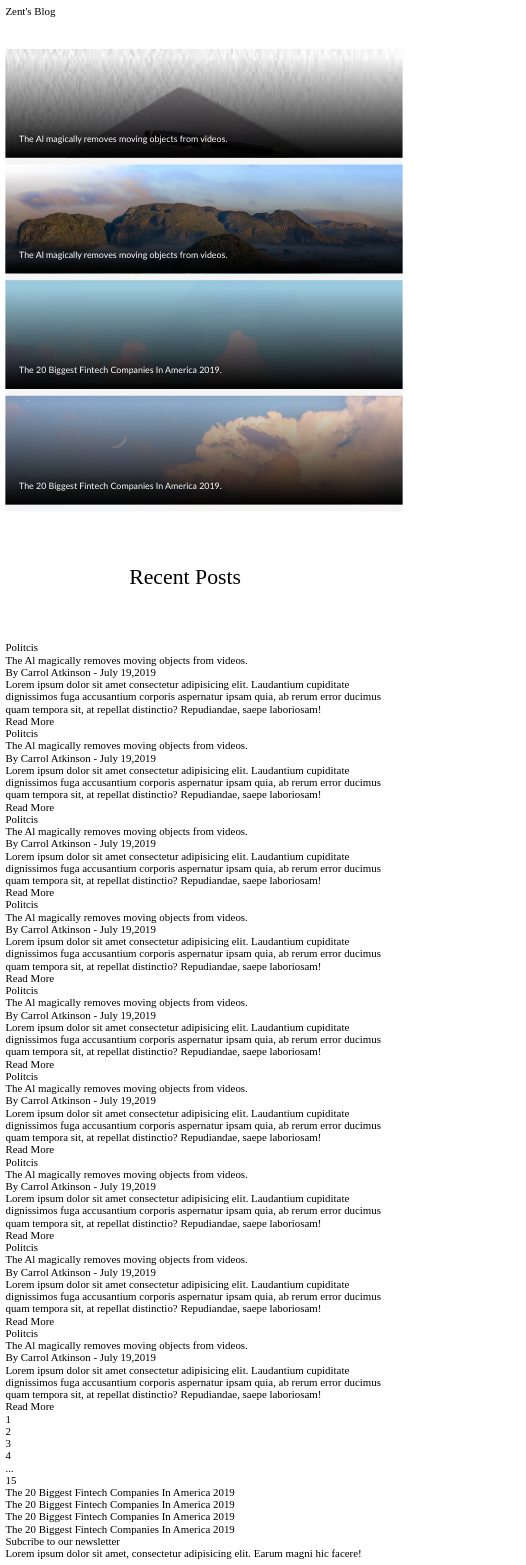
Repository: giacatdat2k5/html3
Page: html3.vs/7.1.html
An editor plug-in stored every save of this project. The page is shown before and after the next save, followed by the edit.
The browser window is 600 px wide. The page is 774 px wide, so the pictures cover 774 px, including what lies to the right of the window. The pictures show the whole page, at 68% of full size.

Above is the page before, as saved 2023-09-27 21:14:01.

### html3.vs/7.1.html
<!DOCTYPE html>
<html lang="en">
<head>
    <meta charset="UTF-8">
    <meta name="viewport" content="width=device-width, initial-scale=1.0">
    <title>7.2</title>
    <link rel="stylesheet" type="text/css" href="7.1.css">
    <link rel="stylesheet" href="https://cdnjs.cloudflare.com/ajax/libs/font-awesome/6.4.2/css/all.min.css"/>
</head>
<body>
    <div id="header">
        <div class="logo">Zent's Blog </div>
        <div class="menu">
            <div class="items">Home</div>
            <div class="items">Politcis</div>
            <div class="items">Tech</div>
            <div class="items">Entertaiment</div>
            <div class="items">Travels</div>
            <div class="items">Sports</div>
            <div class="search"><i class="fa-solid fa-magnifying-glass"></i></div>
        </div>
    </div>
    <div id="content">
        <div class="left">
            <div class="imageleft">
                <div class="iamge1">
                    <div class="edit">The Al magically removes moving objects from videos.</div>
                </div>
                <div class="iamge2">
                    <div class="edit">The Al magically removes moving objects from videos.</div>
                </div>
            </div>
        </div>
        <div class="center">
            <div class="imagecenter">
                <div class="iamge3">
                    <div class="edit">The Al magically removes moving objects from videos.</div>
                </div>
            </div>
        </div>
        <div class="right">
            <div class="iamgeright">
                <div class="iamge4">
                    <div class="edit">
                        The 20 Biggest Fintech Companies In
                        America 2019.</div>
                </div>
                <div class="iamge5">
                    <div class="edit">
                        The 20 Biggest Fintech Companies In
                        America 2019.</div>
                </div>
            </div>
        </div>
    </div>
    <div id="header2">Recent Posts</div>
    <div id="content2">
        <div class="centercontent2">
            <div class="ccitems">
                <div class="picture"></div>
                <div class="tag">
                    <div class="tagitem">Politcis</div>
                </div>
                <div class="text">The Al magically removes moving objects from videos.</div>
                <div class="author">
                <div class="avt"></div>
                <div class="name">
                    <span class="c">By</span>
                    Carrol Atkinson
                    <span class="c">- July 19,2019</span>
                </div>
                </div>
                <div class="lorem">Lorem ipsum dolor sit amet consectetur adipisicing elit. Laudantium cupiditate dignissimos fuga accusantium corporis aspernatur ipsam quia, ab rerum error ducimus quam tempora sit, at repellat distinctio? Repudiandae, saepe laboriosam!</div>
                <div class="read"> Read More</div>
            </div>
            <div class="ccitems"><div class="picture"></div>
            <div class="tag">
                <div class="tagitem">Politcis</div>
            </div>
            <div class="text">The Al magically removes moving objects from videos.</div>
            <div class="author">
            <div class="avt"></div>
            <div class="name">
                <span class="c">By</span>
                Carrol Atkinson
                <span class="c">- July 19,2019</span>
            </div>
            </div>
            <div class="lorem">Lorem ipsum dolor sit amet consectetur adipisicing elit. Laudantium cupiditate dignissimos fuga accusantium corporis aspernatur ipsam quia, ab rerum error ducimus quam tempora sit, at repellat distinctio? Repudiandae, saepe laboriosam!</div>
            <div class="read"> Read More</div></div>
            <div class="ccitems"><div class="picture"></div>
            <div class="tag">
                <div class="tagitem">Politcis</div>
            </div>
            <div class="text">The Al magically removes moving objects from videos.</div>
            <div class="author">
            <div class="avt"></div>
            <div class="name">
                <span class="c">By</span>
                Carrol Atkinson
                <span class="c">- July 19,2019</span>
            </div>
            </div>
            <div class="lorem">Lorem ipsum dolor sit amet consectetur adipisicing elit. Laudantium cupiditate dignissimos fuga accusantium corporis aspernatur ipsam quia, ab rerum error ducimus quam tempora sit, at repellat distinctio? Repudiandae, saepe laboriosam!</div>
            <div class="read"> Read More</div></div>
            <div class="ccitems"><div class="picture"></div>
            <div class="tag">
                <div class="tagitem">Politcis</div>
            </div>
            <div class="text">The Al magically removes moving objects from videos.</div>
            <div class="author">
            <div class="avt"></div>
            <div class="name">
                <span class="c">By</span>
                Carrol Atkinson
                <span class="c">- July 19,2019</span>
            </div>
            </div>
            <div class="lorem">Lorem ipsum dolor sit amet consectetur adipisicing elit. Laudantium cupiditate dignissimos fuga accusantium corporis aspernatur ipsam quia, ab rerum error ducimus quam tempora sit, at repellat distinctio? Repudiandae, saepe laboriosam!</div>
            <div class="read"> Read More</div></div>
            <div class="ccitems"><div class="picture"></div>
            <div class="tag">
                <div class="tagitem">Politcis</div>
            </div>
            <div class="text">The Al magically removes moving objects from videos.</div>
            <div class="author">
            <div class="avt"></div>
            <div class="name">
                <span class="c">By</span>
                Carrol Atkinson
                <span class="c">- July 19,2019</span>
            </div>
            </div>
            <div class="lorem">Lorem ipsum dolor sit amet consectetur adipisicing elit. Laudantium cupiditate dignissimos fuga accusantium corporis aspernatur ipsam quia, ab rerum error ducimus quam tempora sit, at repellat distinctio? Repudiandae, saepe laboriosam!</div>
            <div class="read"> Read More</div></div>
            <div class="ccitems"><div class="picture"></div>
            <div class="tag">
                <div class="tagitem">Politcis</div>
            </div>
            <div class="text">The Al magically removes moving objects from videos.</div>
            <div class="author">
            <div class="avt"></div>
            <div class="name">
                <span class="c">By</span>
                Carrol Atkinson
                <span class="c">- July 19,2019</span>
            </div>
            </div>
            <div class="lorem">Lorem ipsum dolor sit amet consectetur adipisicing elit. Laudantium cupiditate dignissimos fuga accusantium corporis aspernatur ipsam quia, ab rerum error ducimus quam tempora sit, at repellat distinctio? Repudiandae, saepe laboriosam!</div>
            <div class="read"> Read More</div></div>
            <div class="ccitems"><div class="picture"></div>
            <div class="tag">
                <div class="tagitem">Politcis</div>
            </div>
            <div class="text">The Al magically removes moving objects from videos.</div>
            <div class="author">
            <div class="avt"></div>
            <div class="name">
                <span class="c">By</span>
                Carrol Atkinson
                <span class="c">- July 19,2019</span>
            </div>
            </div>
            <div class="lorem">Lorem ipsum dolor sit amet consectetur adipisicing elit. Laudantium cupiditate dignissimos fuga accusantium corporis aspernatur ipsam quia, ab rerum error ducimus quam tempora sit, at repellat distinctio? Repudiandae, saepe laboriosam!</div>
            <div class="read"> Read More</div></div>
            <div class="ccitems"><div class="picture"></div>
            <div class="tag">
                <div class="tagitem">Politcis</div>
            </div>
            <div class="text">The Al magically removes moving objects from videos.</div>
            <div class="author">
            <div class="avt"></div>
            <div class="name">
                <span class="c">By</span>
                Carrol Atkinson
                <span class="c">- July 19,2019</span>
            </div>
            </div>
            <div class="lorem">Lorem ipsum dolor sit amet consectetur adipisicing elit. Laudantium cupiditate dignissimos fuga accusantium corporis aspernatur ipsam quia, ab rerum error ducimus quam tempora sit, at repellat distinctio? Repudiandae, saepe laboriosam!</div>
            <div class="read"> Read More</div></div>
            <div class="ccitems"><div class="picture"></div>
            <div class="tag">
                <div class="tagitem">Politcis</div>
            </div>
            <div class="text">The Al magically removes moving objects from videos.</div>
            <div class="author">
            <div class="avt"></div>
            <div class="name">
                <span class="c">By</span>
                Carrol Atkinson
                <span class="c">- July 19,2019</span>
            </div>
            </div>
            <div class="lorem">Lorem ipsum dolor sit amet consectetur adipisicing elit. Laudantium cupiditate dignissimos fuga accusantium corporis aspernatur ipsam quia, ab rerum error ducimus quam tempora sit, at repellat distinctio? Repudiandae, saepe laboriosam!</div>
            <div class="read"> Read More</div></div>
            </div>
        </div>
    <div class="page">
        <div class="kofull">1</div>
        <div class="full">2</div>
        <div class="full">3</div>
        <div class="full">4</div>
        <div class="kofullfull">...</div>
        <div class="full">15</div>
    </div>
    <div class="content3">
        <div class="content3left">
            <div class="c3l1">
                <div class="c3l4">
                    <div class="edit2">
                        The 20 Biggest Fintech Companies In
                        America 2019
                    </div>
                </div>
            </div>
            <div class="c3l2">
                <div class="c3l3"> <div class="edit3">
                    The 20 Biggest Fintech Companies In
                    America 2019
                    </div></div>
                <div class="c3l3"> <div class="edit3">
                    The 20 Biggest Fintech Companies In
                    America 2019
                </div></div>
            </div>
        </div>
        <div class="content3right">
            <div class="c3r">
                <div class="edit4">
                    The 20 Biggest Fintech Companies In
                    America 2019
                </div>
        </div>
        </div>
    </div>
    <div class="footer">
        <div class="ft1">Subcribe to our newsletter</div>
        <div class="ft2">Lorem ipsum dolor sit amet, consectetur adipisicing elit. Earum magni hic facere! </div>

    </div>
</body>
</html>

### html3.vs/7.1.css
@media all and (min-width: 992px){
*{
    margin:0;
    padding: 0;
    font-family:'Trebuchet MS', 'Lucida Sans Unicode', 'Lucida Grande', 'Lucida Sans', Arial, sans-serif;
}
#header{
    width: 100%;
    height: 3em;
    display: flex;
    justify-content: space-between;
}
.logo{
    font-size: 20px;
    width: 120px;
    text-align: center;
    padding: 10px;
    font-weight: bold;
    font-family:'Trebuchet MS', 'Lucida Sans Unicode', 'Lucida Grande', 'Lucida Sans', Arial, sans-serif;

}
.menu{
    width: 510px;
    display: flex;
}
.items{
    width: 90px;
    padding: 10px;
    font-weight: bold;
    font-family:'Trebuchet MS', 'Lucida Sans Unicode', 'Lucida Grande', 'Lucida Sans', Arial, sans-serif;
}
.search{
    width: 30px;
    padding: 10px;
}
#content{
    width: 100%;
    height: 430px;
    background-color:whitesmoke;
    display: flex;
}
.left{
    width: 38%;
    height: 100%;

    display: flex;
    justify-content: right;
    align-items: center;
}
.center{
    width: 26%;
    height: 100%;
    display: flex;
    align-items:center;
    justify-content: center;
}
.right{
    width: 38%;
    height: 100%;

    display: flex;
    justify-content: left;
    align-items: center;
}
.imageleft{
    width: 65%;
    height: 100%;
    display: flex;
    flex-wrap: wrap;
    align-items: center;
}
.iamge1{
    background-image: url('image5.jpeg');
    background-size: cover;
    width: 100%;
    height: 160px;
    display:flex;
    align-items: end;
}
.iamge2{
    background-image: url('image3.jpeg');
    background-size: cover;
    width: 100%;
    height: 160px;
    display:flex;
    align-items: end;
}
.edit{
    width: 100%;
    height: 80%;
    background: linear-gradient(to bottom, transparent, rgba(0, 0, 0, 1));
    color:white;
    display:flex;
    align-items: end;
    padding-left: 20px;
    padding-bottom: 20px;
    padding-right: 20px;
    font-family:'Trebuchet MS', 'Lucida Sans Unicode', 'Lucida Grande', 'Lucida Sans', Arial, sans-serif;
    font-size: small;
    text-shadow: 0 0 10px rgba(0, 0, 0, 0.5);
}
.imagecenter{
    width: 80%;
    height:372px;
    align-items:center;
    justify-content: center;
}
.iamge3{
    background-image: url('anh dọc.jpeg');
    background-size: cover;
    width: 100%;
    height: 100%;
    display:flex;
    align-items: end;
}
.iamgeright{
    width: 65%;
    height: 100%;
    display: flex;
    flex-wrap: wrap;
    align-items: center;
}
.iamge4{
    background-image: url('anh ngang 1.jpeg');
    background-size: cover;
    width: 100%;
    height: 160px;
    display:flex;
    align-items: end;
}
.iamge5{
    background-image: url('ảnh ngnag 2.jpeg');
    background-size: cover;
    width: 100%;
    height: 160px;
    display:flex;
    align-items: end;
}
#header2{
    width: 100%;
    height: 6em;
    font-size:xx-large;
    display: flex;
    align-items: center;
    padding-left: 182px;
}
#content2{
    width: 100%;
    height: 1950px;
    display: flex;
    justify-content: center
}
.centercontent2{
    width:1032px;
    height: 100%;
    display: flex;
    flex-wrap: wrap;
    border-bottom: 1px solid black;
}
.ccitems{
    width: 33.33333%;
    height: 33.333333%;
}
.picture{
    width: 90%;
    height: 200px;
    background-image: url('anh ngang 1.jpeg');
    background-size: cover;
    border-radius: 5%;
}
.tag{
    width: 90%;
    height: 30px;
    display: flex;
    align-items: center;
    padding-left: 20px;
}
.tagitem{
    width: 70px;
    height: 20px;
    color: white;
    background-color: darkcyan;
    border-radius: 5px;
    display: flex;
    justify-content: center;
    align-items: center;
}
.text{
    width: 90%;
    height: 80px;
    display: flex;
    padding-left: 20px;
    font-size: 21px;
}
.author{
    width: 90%;
    height: 80px;
    display: flex;
    align-items: center;
    padding-left: 20px;
}
.avt{
    width: 50px;
    height: 50px;
    background-image: url('pngtree-hand-draw-person-avatar-icon-vector-png-image_7102689.png');
    background-size: cover;
    border-radius: 50%;
}
.name{
    width: 260px;
    height: 100%;
    display: flex;
    align-items: center;
    font-size: small;
}
.c{
    color: #ccc;
}
.lorem{
    width: 90%;
    height: 185px;
    display: flex;
    padding-left: 20px;
    font-size: 15px;
    line-height: 30px;
    font-weight:lighter;
}
.read{
    width: 90%;
    height: 80px;
    display: flex;
    padding-left: 20px;
    color:#00CCFF;
}
.page{
    width: 100%;
    height: 120px;
    display: flex;
    justify-content: center;
    align-items:center;
}
.kofull{
    color:black;
    background-color: white;
    margin:2px;
    width: 30px;
    height: 30px;
    display: flex;
    align-items: center;
    justify-content: center;
}
.full{
    color:white;
    background-color: #3399FF;
    margin:2px;
    width: 30px;
    height: 30px;
    border-radius: 50%;
    display: flex;
    align-items: center;
    justify-content: center;
}
.content3{
    width: 100%;
    height: 650px;
    background-color:whitesmoke;
    display: flex;
}
.content3left{
    width: 55%;
    height: 100%;
    display:flex ;
    flex-wrap: wrap;
}
.content3right{
    width: 45%;
    height: 100%;
    display: flex;
    align-items: center;

}
.c3l1{
    width: 100%;
    height: 55%;
    display: flex;
    align-items: center;
    justify-content: end;
}
.c3l4{
    width: 586px;
    height: 75%;
    background-image: url('ảnh ngnag 2.jpeg');
    background-size: cover;
    margin: 25px;
}
.c3l2{
    width: 100%;
    height: 45%;
    display: flex;
    align-items: start;
    justify-content: end;
}
.c3l3{
    width: 35%;
    height: 76.6%;
    background-image: url('ảnh vuông.jpeg');
    background-size: cover;
    margin: 25px;
}
.c3r{
    width: 70%;
    height: 564px;
    background-image: url('ảnh dọc đjep .jpeg');
    background-size: cover;
}
.edit2{
    height: 100%;
    background: linear-gradient(to bottom, transparent, rgba(0, 0, 0, 1));
    color:white;
    display:flex;
    align-items: end;
    padding-left: 20px;
    padding-bottom: 20px;
    padding-right: 20px;
    font-family:'Trebuchet MS', 'Lucida Sans Unicode', 'Lucida Grande', 'Lucida Sans', Arial, sans-serif;
    font-size: large;
    text-shadow: 0 0 10px rgba(0, 0, 0, 0.5);
}
.edit3{
    height: 91%;
    background: linear-gradient(to bottom, transparent, rgba(0, 0, 0, 1));
    color:white;
    display:flex;
    align-items: end;
    padding-left: 20px;
    padding-bottom: 20px;
    padding-right: 20px;
    font-family:'Trebuchet MS', 'Lucida Sans Unicode', 'Lucida Grande', 'Lucida Sans', Arial, sans-serif;
    font-size: large;
    text-shadow: 0 0 10px rgba(0, 0, 0, 0.5);
}
.edit4{
    height: 96%;
    background: linear-gradient(to bottom, transparent, rgba(0, 0, 0, 1));
    color:white;
    display:flex;
    align-items: end;
    padding-left: 20px;
    padding-bottom: 20px;
    padding-right: 20px;
    font-family:'Trebuchet MS', 'Lucida Sans Unicode', 'Lucida Grande', 'Lucida Sans', Arial, sans-serif;
    font-size: large;
    text-shadow: 0 0 10px rgba(0, 0, 0, 0.5);
}
.footer{
    width: 100%;
    height: 200px;
}
.ft1{
    width: 100%;
    height: 33%;
    display: flex;
    align-items: end;
    font-size: x-large;
    color: black;
    justify-content: center;
}
.ft2{
    width: 100%;
    height: 60px;
    display: flex;
    align-items: center;
    justify-content: center;
    color: black;
}
}
@media all and (min-width: 320px) and (max-width: 767px){
    #header{
        width: 100%;
        height: 4em;
        display: flex;
        justify-content: space-between;
    }
    .menu{
        width: 510px;
        display: none;
    }
    #content{
        width: 100%;
        height: 680px;
        background-color:whitesmoke;
        display: block;
    }
    .left{
        width: 100%;
        height: 50%;
        display: block;
        justify-content: right;
        align-items: center;
    }
    .center{
        width: 100%;
        height: 33.3%;
        display: none;
        align-items:center;
        justify-content: center;
    }
    .right{
        width: 100%;
        height: 50%;

        display: block;
        justify-content: left;
        align-items: center;
    }
    .imageleft{
        width: 100%;
        height: 50%;
        display: block;
        flex-wrap: wrap;
        align-items: center;
    }
    .iamge1{
        background-image: url('image5.jpeg');
        background-size: cover;
        width: 100%;
        height: 160px;
        display:flex;
        align-items: end;
        margin-bottom: 10px;
    }
    .iamge2{
        background-image: url('image3.jpeg');
        background-size: cover;
        width: 100%;
        height: 160px;
        display:flex;
        align-items: end;
        margin-bottom: 10px;
    }
    .edit{
        width: 100%;
        height: 80%;
        background: linear-gradient(to bottom, transparent, rgba(0, 0, 0, 1));
        color:white;
        display:flex;
        align-items: end;
        padding-left: 20px;
        padding-bottom: 20px;
        padding-right: 20px;
        font-family:'Trebuchet MS', 'Lucida Sans Unicode', 'Lucida Grande', 'Lucida Sans', Arial, sans-serif;
        font-size: small;
        text-shadow: 0 0 10px rgba(0, 0, 0, 0.5);
    }
    .imagecenter{
        width: 0%;
        height: 0%;
        align-items:center;
        justify-content: center;
        display: none;
    }
    .iamge3{
        background-image: url('anh dọc.jpeg');
        background-size: cover;
        width: 100%;
        height: 100%;
        display:none;
        align-items: end;
    }
    .iamgeright{
        width: 100%;
        height: 50%;
        display: flex;
        flex-wrap: wrap;
        align-items: center;
    }
    .iamge4{
        background-image: url('anh ngang 1.jpeg');
        background-size: cover;
        width: 100%;
        height: 160px;
        display:flex;
        align-items: end;
        margin-bottom: 10px;
    }
    .iamge5{
        background-image: url('ảnh ngnag 2.jpeg');
        background-size: cover;
        width: 100%;
        height: 160px;
        display:flex;
        align-items: end;
        margin-bottom: 10px;
    }
    #header2{
        width: 100%;
        height: 6em;
        font-size:xx-large;
        display: flex;
        align-items: center;
        padding-left: 182px;
    }

}

After the next save:
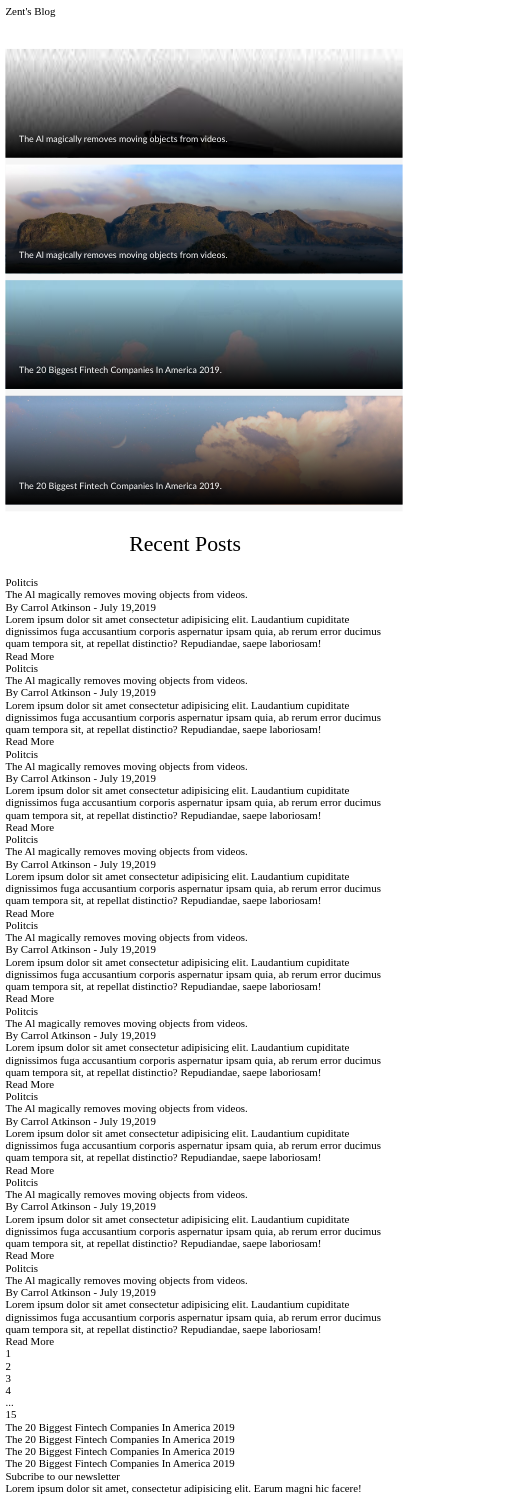
Saved 4 s later.
--- a/html3.vs/7.1.css
+++ b/html3.vs/7.1.css
@@ -494,7 +494,7 @@
     }
     #header2{
         width: 100%;
-        height: 6em;
+        height: 3em;
         font-size:xx-large;
         display: flex;
         align-items: center;
